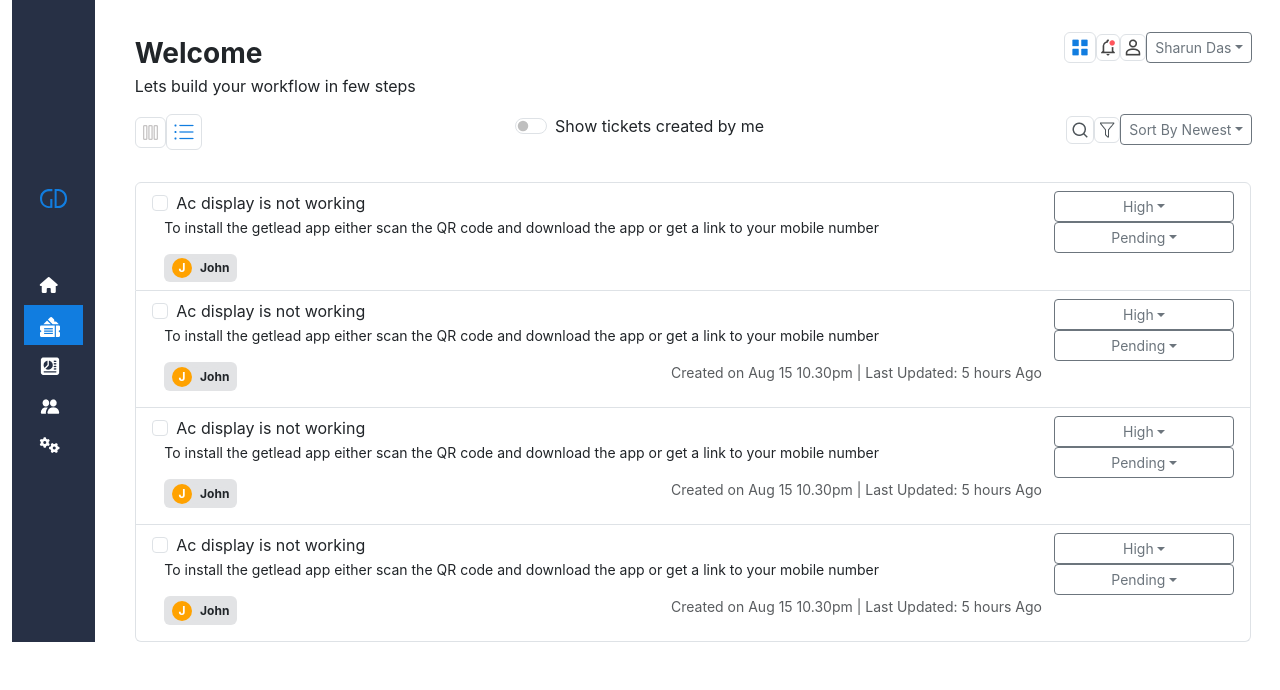
Repository: rishikarajeev/GL_HelpDesk
Page: /showtickets
The author's editor kept a copy of each file at every save. The page is drawn from the files as they stood at one save, then again after the next save.
The browser window is 1280 px wide. The pictures show the whole page.
The project was rebuilt for these pictures with package versions that can differ from the ones it lists, and the page was loaded fresh each time. Also part of the build but not shown: src/App.css, src/Pages/HomePage.jsx.

Above is the page before, as saved 2024-01-09 14:54:57.

After the next save:
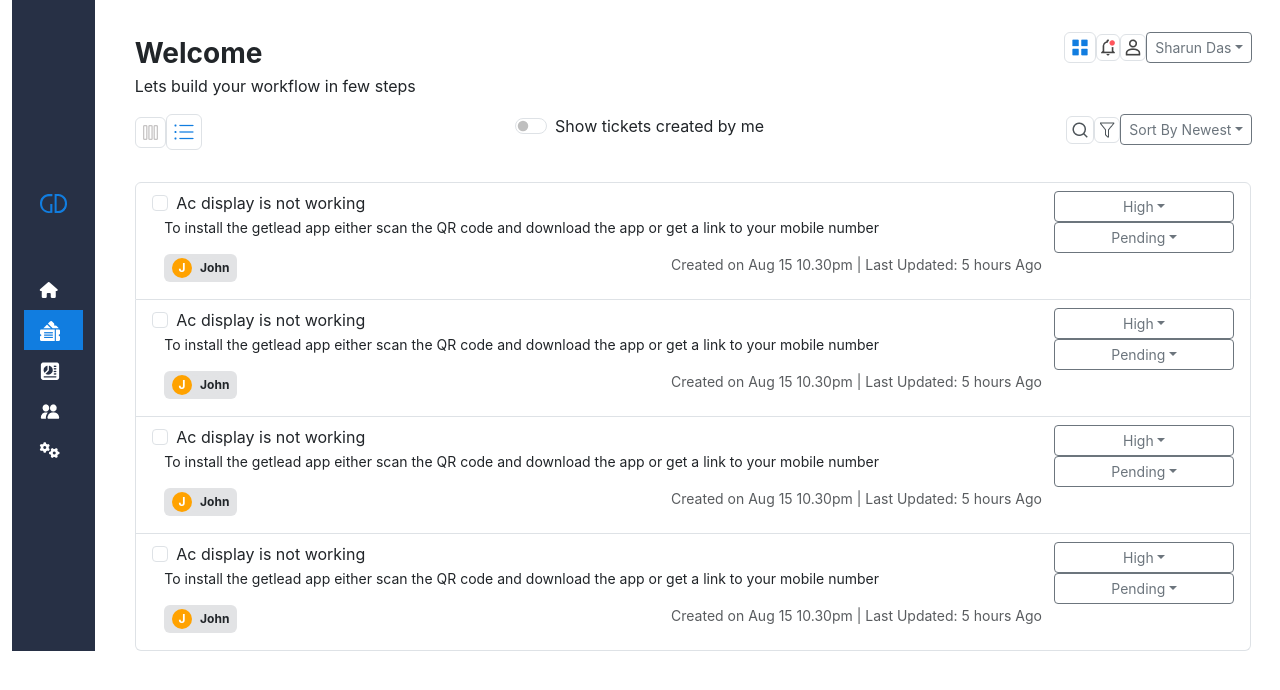
Saved 4 s later.
--- a/src/Pages/ViewTickets.jsx
+++ b/src/Pages/ViewTickets.jsx
@@ -39,7 +39,11 @@ function ViewTickets() {
                 <div className="col-5">
                   <UserBadge name={userName} />
                 </div>
-
+                <div className="col-7 text-end">
+                  <p className="text-muted small">
+                    Created on Aug 15 10.30pm | Last Updated: 5 hours Ago
+                  </p>
+                </div>
               </div>
             </div>
             <div className="col-2">
